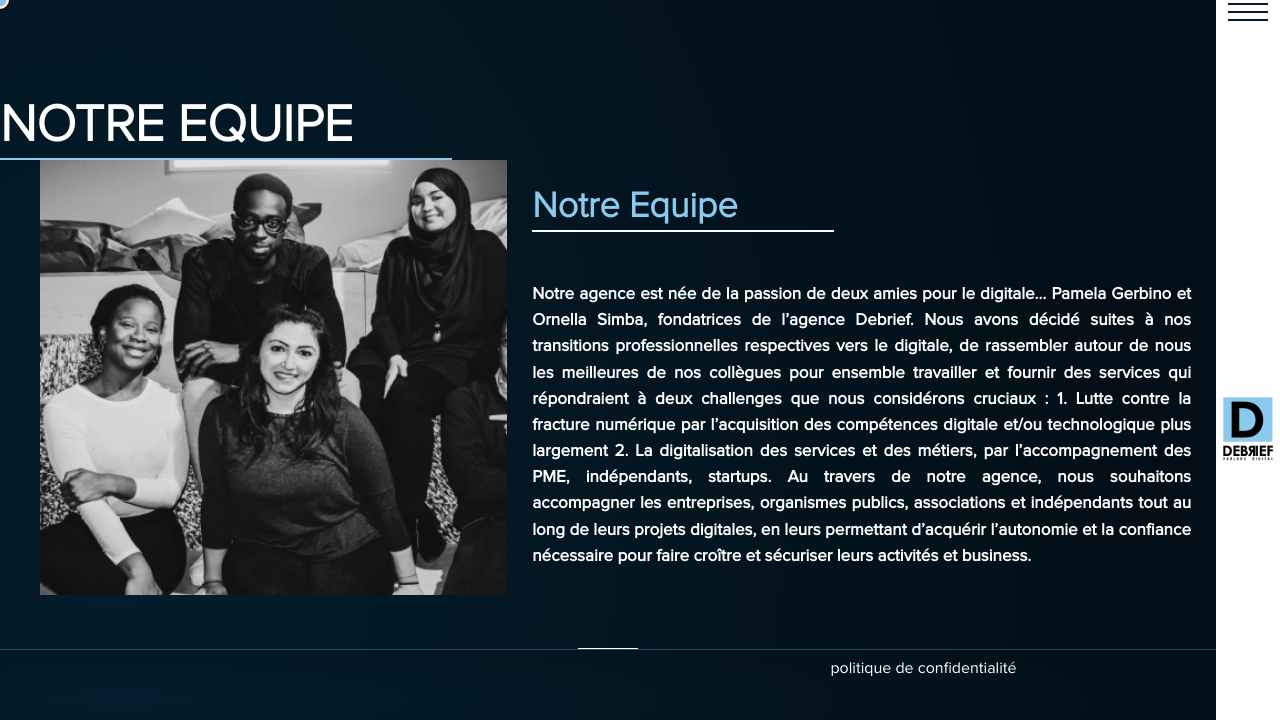
Repository: keloriane/debriefs
Page: /debriefs/a-propos
The author's editor kept a copy of each file at every save. The page is drawn from the files as they stood at one save, then again after the next save.
The browser window is 1280 px wide. The pictures show the whole page.
The project was rebuilt for these pictures with package versions that can differ from the ones it lists, and the page was loaded fresh each time. Also part of the build but not shown: src/components/Title/Title.jsx, src/components/page/Contact/Contact.jsx, src/components/Nav/Nav.jsx, src/components/page/Home/Home.jsx, src/components/page/Service/Services.jsx, src/components/page/Service/ServiceDetails.jsx, src/components/page/Webinaire/Webinaires.jsx, src/components/page/Techspace/Techspace.jsx and 7 more. Imported but missing from the stored project, and not drawn on this page: src/assets/video/video.mp4.

Above is the page before, as saved 2020-07-28 13:55:08.

After the next save:
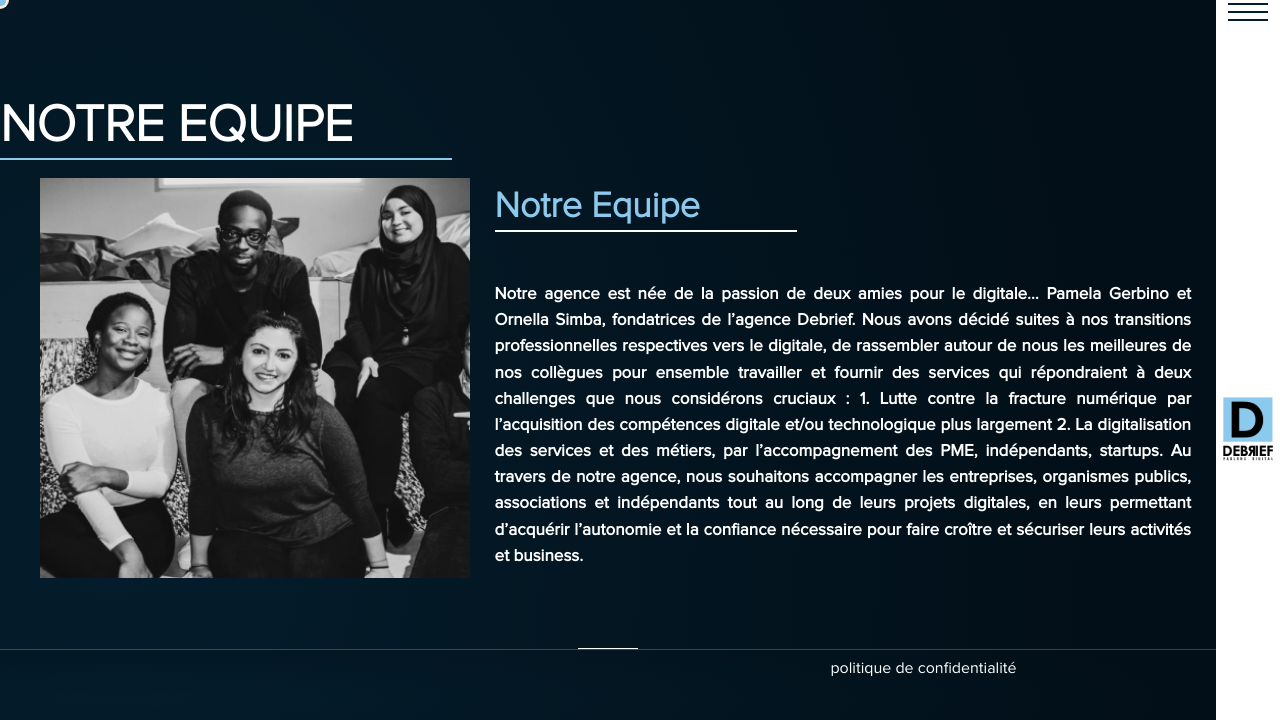
Saved 49 s later.
--- a/src/components/page/Main/main.scss
+++ b/src/components/page/Main/main.scss
@@ -43,7 +43,7 @@
       img{
         height: 100%;
         filter: saturate(0);
-        min-height: 400px;
+        height: 400px;
       }
     }
 
